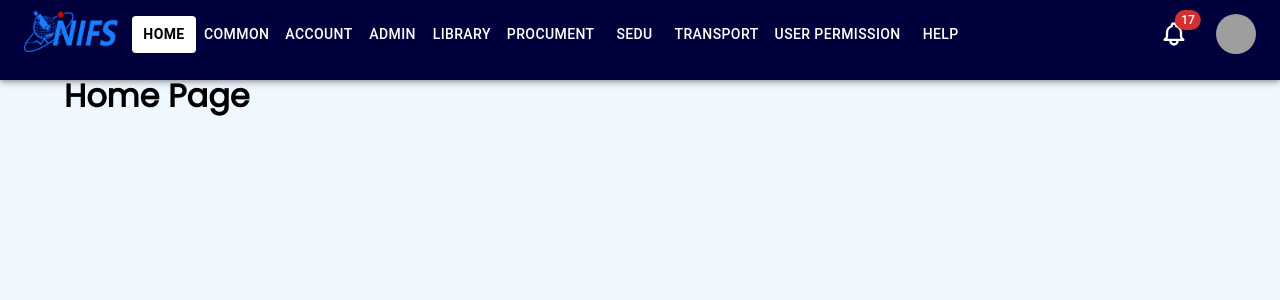
Repository: virangaj/NIFS-WebApp
Page: / (app in client/)
An editor plug-in stored every save of this project. The page is shown before and after the next save, followed by the edit.
The browser window is 1280 px wide. The pictures show the whole page.
Pictures or frames that could not be fetched are drawn as grey boxes. The project was rebuilt for these pictures with package versions that can differ from the ones it lists, and the page was loaded fresh each time. Also part of the build but not shown: client/src/pages/Login.tsx, client/src/components/Transport/shared/TransportNavbar.js, client/src/pages/TransportMainPage.tsx, client/src/components/shared/SecondaryNavbar.tsx, client/src/pages/CommonMainPage.tsx, client/src/pages/AccountMainPage.tsx, client/src/pages/AdminMainPage.tsx, client/src/pages/LibraryMainPage.js and 16 more.

Above is the page before, as saved 2022-07-28 09:52:56.

After the next save:
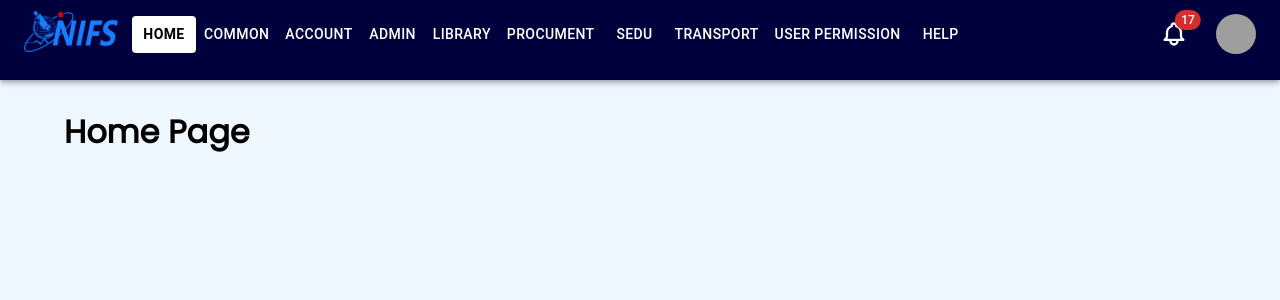
Saved 18 s later.
--- a/client/src/index.css
+++ b/client/src/index.css
@@ -127,7 +127,7 @@ a {
 .body-content {
   margin: auto;
   width: 90%;
-  margin-top: 10vh;
+  margin-top: 15vh;
 
 }
 
